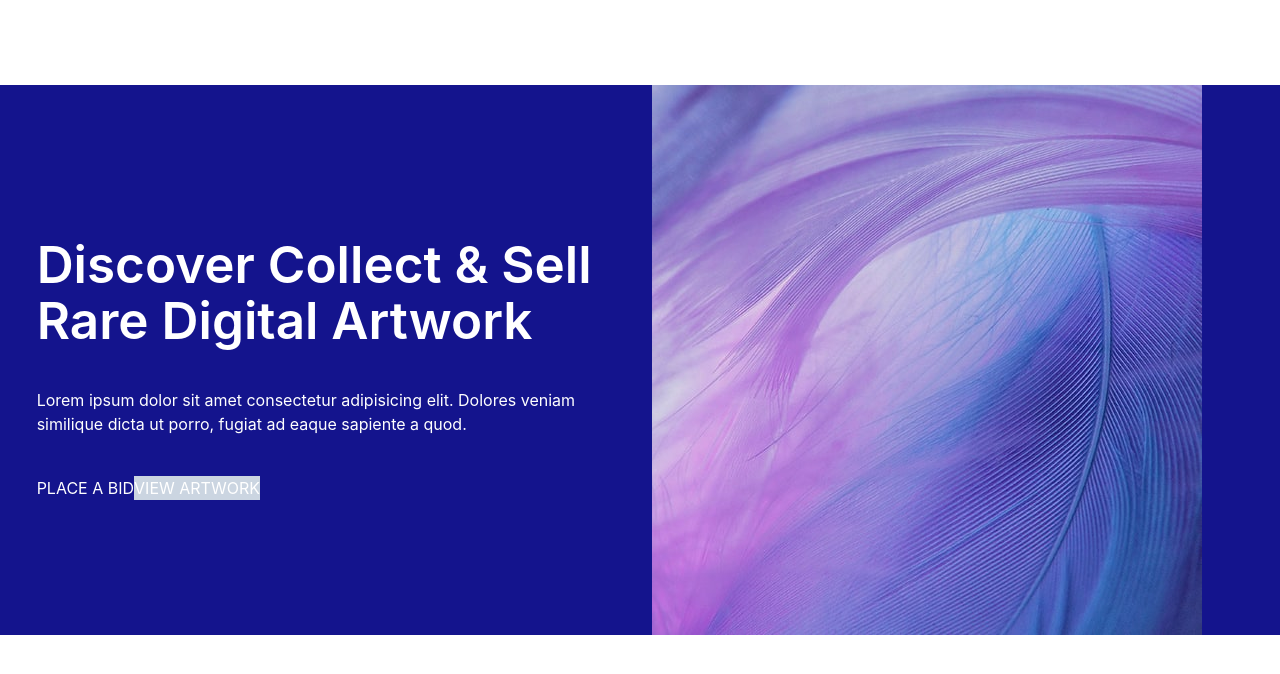
Repository: Shirly-Tee/Digital-Art-work
Page: /
An editor plug-in stored every save of this project. The page is shown before and after the next save, followed by the edit.
The browser window is 1280 px wide. The pictures show the whole page.
The project was rebuilt for these pictures with package versions that can differ from the ones it lists, and the page was loaded fresh each time. Also part of the build but not shown: vite.config.js. Imported but missing from the stored project, and not drawn on this page: src/components/Container.

Above is the page before, as saved 2024-09-16 23:10:38.

After the next save:
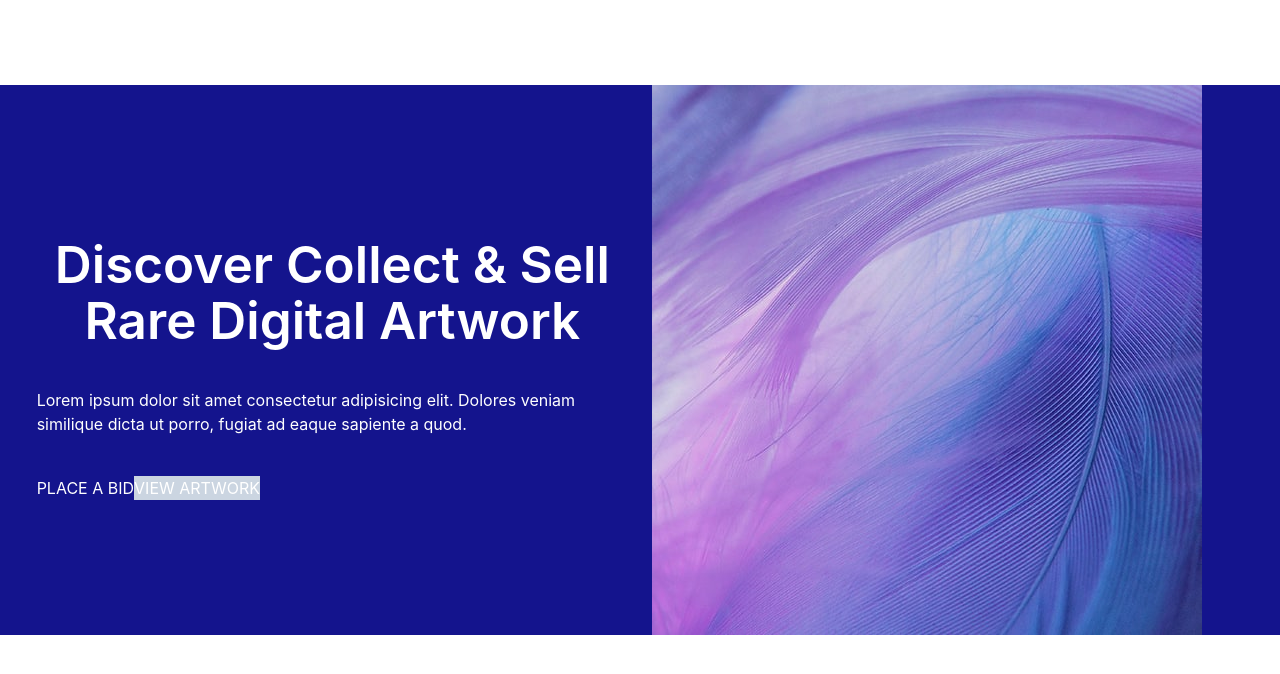
Saved 18 s later.
--- a/src/components/Hero.jsx
+++ b/src/components/Hero.jsx
@@ -2,7 +2,7 @@
   return (
     <div className="hero flex flex-col md:flex-row w-full justify-center items-center gap-6 px-6 ">
       <div className="hero-left flex flex-col mb-4 md:w-[48%] gap-4 md:gap-10 pt-8 text-white">
-        <h1 className="  md:font-semibold">
+        <h1 className=" text-center md:font-semibold">
           Discover <span>Collect</span> & Sell Rare Digital Artwork
         </h1>
         <p>
